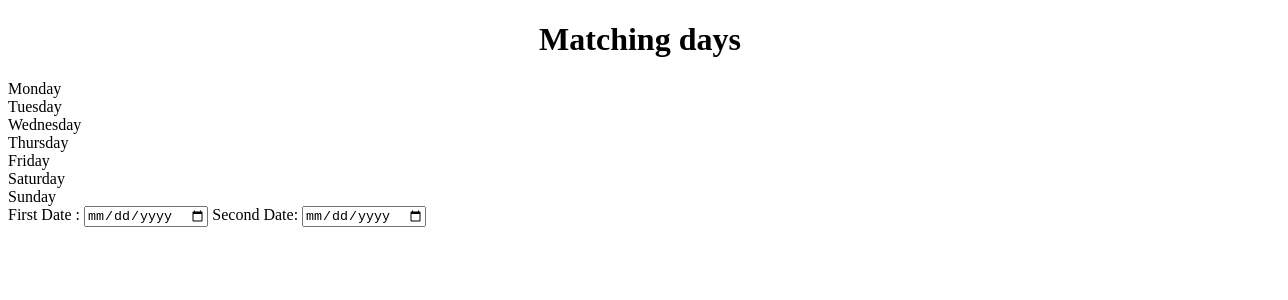
Repository: lasity34/matching-days
Page: index.html
These files come from the project's save history. The page is drawn as it stood at one moment and after the next save; the edit follows.
The browser window is 1280 px wide. The page is 1280 px wide, then 1288 px, so the pictures cover 1288 px, including what lies to the right of the window. The pictures show the whole page.
Some web libraries are served in a nearby version.

Above is the page before, as saved 2023-05-10 10:11:01.

After the next save:
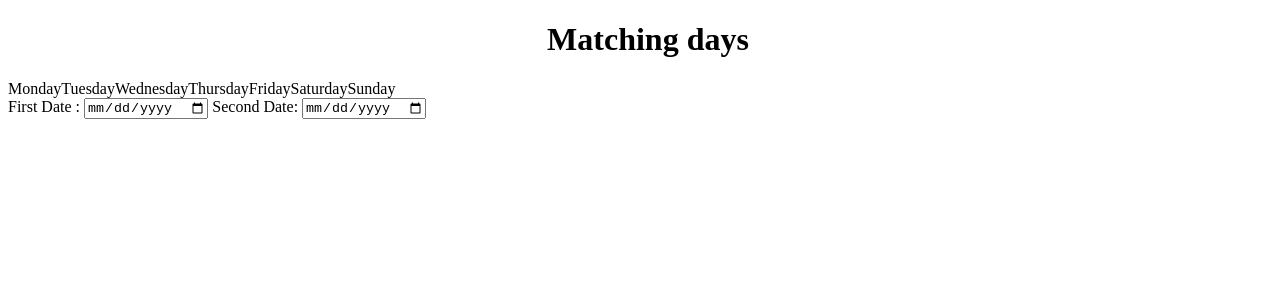
Saved 2 min 12 s later.
--- a/style.css
+++ b/style.css
@@ -1,4 +1,12 @@
+
+body {
+    width: 100%;
+}
 
 h1 {
     text-align: center;
 }
+
+.days_container {
+    display: flex;
+}
